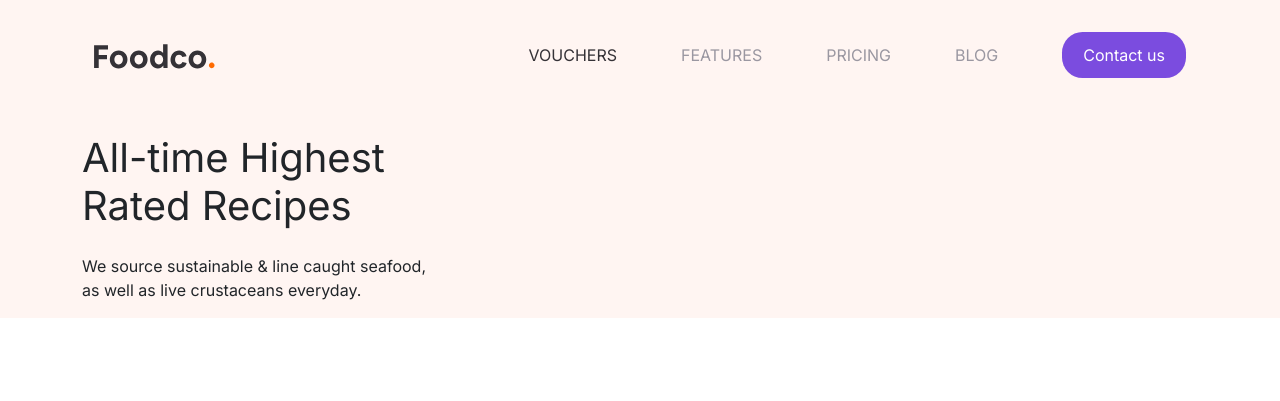
Repository: badhon252/Foodco
Page: index.html
An editor plug-in stored every save of this project. The page is shown before and after the next save, followed by the edit.
The browser window is 1280 px wide. The pictures show the whole page.
The style sheet was rebuilt from its Sass, Less or Tailwind sources for each picture, by a compiler version that may differ from the author's.

Above is the page before, as saved 2022-09-15 15:30:31.

### index.html
<!DOCTYPE html>
<html lang="en">

<head>
    <meta charset="UTF-8">
    <meta http-equiv="X-UA-Compatible" content="IE=edge">
    <meta name="viewport" content="width=device-width, initial-scale=1.0">
    <!-- bootstrap cdn link  -->
    <!-- I'm using bootstrap 5 for this project, Let's code!  -->
    <!-- CSS only -->
    <link href="https://cdn.jsdelivr.net/npm/bootstrap@5.2.1/dist/css/bootstrap.min.css" rel="stylesheet"
        integrity="sha384-iYQeCzEYFbKjA/T2uDLTpkwGzCiq6soy8tYaI1GyVh/UjpbCx/TYkiZhlZB6+fzT" crossorigin="anonymous">

    <link rel="stylesheet" href="scss/style.css">
    <title>FoodCo</title>
</head>

<body>

    <main id="header">
        <header class="container">

            <nav class="navbar navbar-expand-lg py-3">
                <div class="container-fluid">
                    <a class="navbar-brand" href="#"><img src="./image/logo.svg" alt=""></a>
                    <button class="navbar-toggler" type="button" data-bs-toggle="collapse" data-bs-target="#navbarNav"
                        aria-controls="navbarNav" aria-expanded="false" aria-label="Toggle navigation">
                        <span class="navbar-toggler-icon"></span>
                    </button>
                    <div class="collapse navbar-collapse" id="navbarNav">
                        <ul class="navbar-nav ms-auto py-3">
                            <li class="nav-item">
                                <a class="nav-link active" aria-current="page" href="#">Vouchers</a>
                            </li>
                            <li class="nav-item">
                                <a class="nav-link" href="#">Features</a>
                            </li>
                            <li class="nav-item">
                                <a class="nav-link" href="#">Pricing</a>
                            </li>
                            <li class="nav-item">
                                <a class="nav-link" href="">Blog</a>
                            </li>
                            <button class="btn">Contact us</button>
                        </ul>
                    </div>
                </div>
            </nav>

            <div class="div header-content">
                <div class="row">
                    <div class="col-md-4">
                        <h1 class="my-4">All-time <span>Highest</span> Rated Recipes</h1>
                        <p class="my-3">We source sustainable & line caught seafood, as well as live crustaceans
                            everyday.</p>
                    </div>
                    <div class="col-md-8"></div>
                </div>
            </div>
        </header>
    </main>

</body>

</html>

### scss/style.scss
@import url("https://fonts.googleapis.com/css2?family=Inter:wght@400;600;700;800;900&display=swap");
@font-face {
  font-family: circular;
  src: url(../fonts/Circular_Std_Font.otf);
}
@font-face {
  font-family: AirbnbCereal_W_Bd;
  src: url(../fonts/AirbnbCereal_W_Bd.otf);
}
@font-face {
  font-family: AirbnbCereal_W_Bk;
  src: url(../fonts//AirbnbCereal_W_Bk.otf);
}
@font-face {
  font-family: AirbnbCereal_W_Blk;
  src: url(../fonts/AirbnbCereal_W_Blk.otf);
}
@font-face {
  font-family: AirbnbCereal_W_Lt;
  src: url(../fonts/AirbnbCereal_W_Lt.otf);
}
@font-face {
  font-family: AirbnbCereal_W_Md;
  src: url(../fonts/AirbnbCereal_W_Md.otf);
}
@font-face {
  font-family: AirbnbCereal_W_XBd;
  src: url(../fonts/AirbnbCereal_W_XBd.otf);
}
* {
  margin: 0;
  padding: 0;
  box-sizing: border-box;
  font-family: "Inter", sans-serif;
  //   font-family: circular;
}
// .container {
//   margin: 2rem 14rem;
// }
// .btn,
// .link {
//   cursor: pointer;
// }
.link {
  text-decoration: none;
  color: #353237;
}
.btn {
  outline: none;
  border: none;
  padding: 12px 25px;
  font-size: 1rem;
  font-weight: 400;
}
.active {
  color: #353237 !important;
}
li {
  list-style-type: none;
}
.py-1 {
  padding: 1rem 0;
}
.py-2 {
  padding: 2rem 0;
}
.py-3 {
  padding: 3rem 0;
}
.py-4 {
  padding: 4rem 0;
}
.my-1 {
  margin: 1rem 0;
}
.my-1 {
  margin: 1rem 0;
}
.my-2 {
  margin: 2rem 0;
}
.my-3 {
  margin: 3rem 0;
}
.my-4 {
  margin: 4rem 0;
}
.my-5 {
  margin: 5rem 0;
}

// =======================
//===========================
#header {
  background-color: #fff5f2;

  .navbar {
    .navbar-nav {
      align-items: center;
      .nav-item {
        margin: 0 1.5rem;
        .nav-link {
          font-weight: 500;
          font-size: 1rem;
          line-height: 20px;
          text-transform: uppercase;
          color: #9a97a1;
          //   color: #353237;
          &:hover {
            color: #353237;
          }
        }
      }
      .btn {
        background-color: #7b4cdf;
        border-radius: 20.5px;
        color: #fff;
        margin-left: 2rem;
        padding: 11px 21px;
      }
    }
  }
}

After the next save:
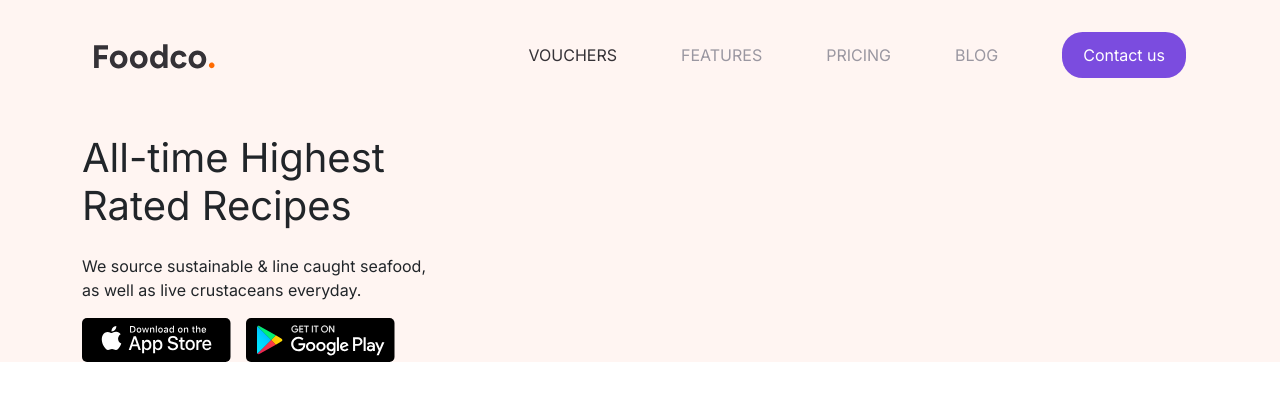
Saved 90 s later.
--- a/index.html
+++ b/index.html
@@ -53,6 +53,9 @@
                         <h1 class="my-4">All-time <span>Highest</span> Rated Recipes</h1>
                         <p class="my-3">We source sustainable & line caught seafood, as well as live crustaceans
                             everyday.</p>
+                        <div class="app-link">
+                            <img src="./image/group-17711.svg" alt="">
+                        </div>
                     </div>
                     <div class="col-md-8"></div>
                 </div>
